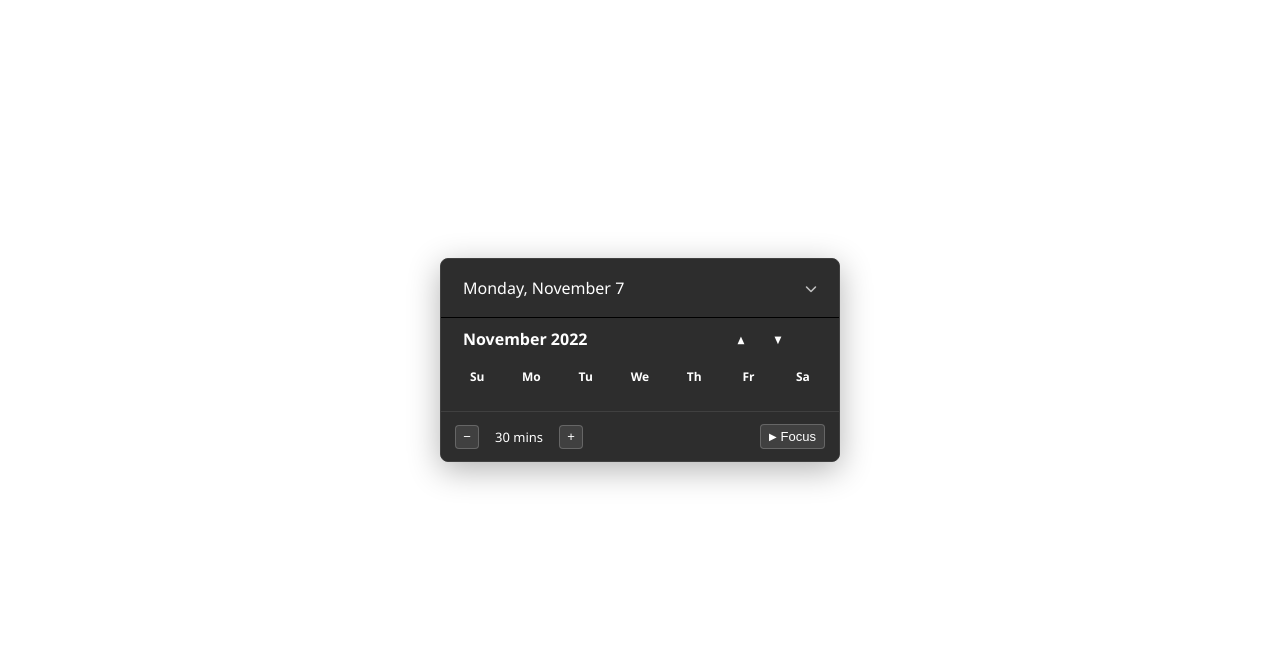
Repository: ThuTrang-jvb/JVB_BT2
Page: index.html
The author's editor kept a copy of each file at every save. The page is drawn from the files as they stood at one save, then again after a run of saves.
The browser window is 1280 px wide. The pictures show the whole page.

Above is the page before, as saved 2025-07-07 11:15:35.
Console error: TypeError: Cannot read properties of null (reading 'addEventListener')

### index.html
<!DOCTYPE html>
<html lang="en">
<head>
  <meta charset="UTF-8" />
  <meta name="viewport" content="width=device-width, initial-scale=1.0"/>
  <title>Calendar</title>
  <link rel="stylesheet" href="style.css" />
  <link rel="stylesheet" href="https://cdnjs.cloudflare.com/ajax/libs/font-awesome/6.4.0/css/all.min.css" />
</head>
<body>
  <div class="calendar">
    <div class="top-bar">
      <div class="date-display" id="dateToggle">
        <span id="dateText">Monday, November 7</span>
        <span class="dropdown-icon" id="dropdownIcon">
          <i class="fa-solid fa-chevron-down"></i>
        </span>
      </div>
    </div>

    <div class="navigation-bar">
      <div class="title-block" id="calendarTitle">
        <span id="calendarTitleText">November 2022</span>
        <div class="arrow-controls">
          <span>&#9650;</span>
          <span>&#9660;</span>
        </div>
      </div>
    </div>

    <div class="main-calendar">
      <div class="weekday-header" id="weekdayHeader">
        <div class="weekday">Su</div>
        <div class="weekday">Mo</div>
        <div class="weekday">Tu</div>
        <div class="weekday">We</div>
        <div class="weekday">Th</div>
        <div class="weekday">Fr</div>
        <div class="weekday">Sa</div>
      </div>
      <div class="grid-display month-view" id="gridContainer"></div>
    </div>

    <div class="bottom-panel">
      <div class="control-section">
        <div class="session-control">
          <button class="btn-time" id="minusTime">−</button>
          <span class="time-display" id="durationLabel">30 mins</span>
          <button class="btn-time" id="plusTime">+</button>
        </div>
        <button class="session-btn" id="startBtn">
          <span class="session-icon">▶</span>
          <span>Focus</span>
        </button>
      </div>
    </div>
  </div>
  <script src="main.js"></script>
</body>
</html>

### style.css

* {
    margin: 0;
    padding: 0;
    box-sizing: border-box;
}

body {
    font-family: "Segoe UI", Tahoma, Geneva, Verdana, sans-serif;
    background: #ffffff;
    color: #000000;
    min-height: 100vh;
    display: flex;
    align-items: center;
    justify-content: center;
}

.calendar {
    background: #2d2d2d;
    border-radius: 8px;
    width: 100%;
    max-width: 400px;
    box-shadow: 0 8px 32px rgba(0, 0, 0, 0.3);
    border: 1px solid #404040;
    overflow: hidden;
    display: flex;
    flex-direction: column;
}

.top-bar {
    background: #2d2d2d;
    padding: 18px 22px;
    border-bottom: 1px solid #000;
}

.date-display {
    display: flex;
    align-items: center;
    justify-content: space-between;
    font-size: 16px;
    font-weight: 400;
    color: #ffffff;
    cursor: pointer;
    transition: color 0.2s ease;
}

.date-display:hover {
    color: #60a5fa;
}

.dropdown-icon {
    opacity: 0.7;
    font-size: 12px;
}

.navigation-bar {
    display: flex;
    align-items: center;
    justify-content: space-between;
    font-weight: 500;
    padding: 10px 22px;
    background: #2d2d2d;
}

.title-block {
    display: flex;
    justify-content: space-between;
    align-items: center;
    gap: 150px;
    font-size: 16px;
    font-weight: 600;
    color: #ffffff;
    cursor: pointer;
    transition: color 0.2s ease;
}

.title-block:hover {
    color: #60a5fa;
}

.arrow-controls {
    display: flex;
    gap: 30px;
    font-size: 10px;
    margin-left: auto;
}

.weekday-header {
    display: grid;
    grid-template-columns: repeat(7, 1fr);
    gap: 2px;
    margin-bottom: 8px;
    padding: 0 10px;
}

.weekday {
    text-align: center;
    font-size: 12px;
    font-weight: 600;
    color: white;
    padding: 8px 4px;
}

.grid-display {
    display: grid;
    gap: 2px;
    padding: 0 10px 10px;
}

.month-view {
    grid-template-columns: repeat(7, 1fr);
}

.year-view {
    grid-template-columns: repeat(4, 1fr);
    gap: 8px;
}

.decade-view {
    grid-template-columns: repeat(4, 1fr);
    gap: 8px;
}

.grid-cell,
.year-cell,
.decade-cell {
    aspect-ratio: 1;
    display: flex;
    align-items: center;
    justify-content: center;
    cursor: pointer;
    border-radius: 4px;
    font-size: 14px;
    font-weight: 400;
    transition: all 0.2s ease;
    color: #ffffff;
    min-height: 32px;
}

.grid-cell:hover,
.year-cell:hover,
.decade-cell:hover {
    background: #404040;
    border-radius: 50%;
}

.grid-cell.dimmed,
.decade-cell.dimmed {
    color: #666666;
}

.grid-cell.today,
.year-cell.current,
.decade-cell.current {
    background: #0078d4;
    color: white;
    font-weight: 600;
    border-radius: 50%;
}

.grid-cell.selected,
.year-cell.selected,
.decade-cell.selected {
    background: none;
    border: 2px solid paleturquoise;
    color: white;
    font-weight: 600;
    border-radius: 50%;
}

.bottom-panel {
    padding: 12px 14px;
    border-top: 1px solid #404040;
    background: #2d2d2d;
}

.control-section {
    display: flex;
    justify-content: space-between;
    align-items: center;
}

.session-control {
    display: flex;
    align-items: center;
    gap: 6px;
}

.btn-time {
    background: #404040;
    color: white;
    cursor: pointer;
    font-size: 13px;
    width: 24px;
    height: 24px;
    display: flex;
    align-items: center;
    justify-content: center;
    border: 1px solid rgba(255, 255, 255, 0.2);
    transition: all 0.2s ease;
    border-radius: 4px;
}

.btn-time:hover {
    color: #60a5fa;
}

.time-display {
    font-size: 13px;
    color: white;
    min-width: 60px;
    padding: 0 10px;
    text-align: center;
}

.session-btn {
    background: #404040;
    border: 1px solid rgba(255, 255, 255, 0.2);
    padding: 4px 8px;
    color: white;
    font-size: 13px;
    cursor: pointer;
    display: flex;
    align-items: center;
    gap: 4px;
    transition: color 0.2s ease;
    border-radius: 4px;
}

.session-btn:hover {
    color: #60a5fa;
    background: #404040;
}

.session-icon {
    font-size: 10px;
}

.hidden {
    display: none;
}
.main-calendar {
    overflow: hidden;
    transition: max-height 0.4s ease;
}
.main-calendar.collapsed {
  max-height: 0;
}

@media (max-width: 480px) {
    .calendar {
        width: 90%;
        margin: 10px;
    }
}

### main.js
class Calendar {
    constructor() {
        this.currentDate = new Date();
        this.selectedDate = new Date();
        this.currentMonth = new Date();
        this.viewMode = 'month';
        this.timeMinutes = 30;
        this.focusInterval = null;
        this.remainingSeconds = 0;

        this.months = [
            'January', 'February', 'March', 'April', 'May', 'June',
            'July', 'August', 'September', 'October', 'November', 'December'
        ];

        this.monthsShort = [
            'Jan', 'Feb', 'Mar', 'Apr', 'May', 'Jun',
            'Jul', 'Aug', 'Sep', 'Oct', 'Nov', 'Dec'
        ];

        this.init();
    }

    init() {
        this.bindEvents();
        this.updateDisplay();
        this.startRealTimeUpdate();
    }

    bindEvents() {
        document.getElementById('dateText').addEventListener('click', () => this.handleHeaderClick())
        document.getElementById('dropdowncon').addEventListener('click', () => this.isCollapsed());
        document.getElementById('calendarTitle').addEventListener('click', () => this.handleNavTitleClick());
        const arrows = document.querySelectorAll('.arrow-controls span');
        if (arrows.length >= 2) {
            arrows[0].addEventListener('click', () => this.navigate(-1));
            arrows[1].addEventListener('click', () => this.navigate(1));
        }

        document.getElementById('minusTime').addEventListener('click', () => this.adjustTime(-5));
        document.getElementById('plusTime').addEventListener('click', () => this.adjustTime(15));
        document.getElementById('startBtn').addEventListener('click', () => this.toggleFocus());
    }

    adjustTime(minutes) {
        this.timeMinutes += minutes;
        if (this.timeMinutes < 5) this.timeMinutes = 5;
        if (this.timeMinutes > 480) this.timeMinutes = 480;
        this.updateTimeDisplay();
    }

    updateTimeDisplay() {
        const timeLabel = document.getElementById('durationLabel');
        if (this.timeMinutes >= 60) {
            const hours = Math.floor(this.timeMinutes / 60);
            const mins = this.timeMinutes % 60;
            if (mins === 0) {
                timeLabel.textContent = `${hours} hr${hours > 1 ? 's' : ''}`;
            } else {
                timeLabel.textContent = `${hours}h ${mins}m`;
            }
        } else {
            timeLabel.textContent = `${this.timeMinutes} mins`;
        }
    }

    toggleFocus() {
        const focusBtn = document.getElementById('startBtn');
        const icon = focusBtn.querySelector('.session-icon');
        const text = focusBtn.querySelector('span:last-child');

        if (text.textContent === 'Focus') {
            text.textContent = 'Stop';
            icon.textContent = '⏸';
            focusBtn.style.color = '#60a5fa';
            this.remainingSeconds = this.timeMinutes * 60;

            this.focusInterval = setInterval(() => {
                this.remainingSeconds--;
                this.updateCountdownDisplay();

                if (this.remainingSeconds <= 0) {
                    clearInterval(this.focusInterval);
                    this.focusInterval = null;
                    alert("Time's up!");
                    this.resetFocusButton();
                }
            }, 1000);

        } else {
            clearInterval(this.focusInterval);
            this.focusInterval = null;
            this.resetFocusButton();
            this.updateTimeDisplay();
        }
    }

    updateCountdownDisplay() {
        const timeLabel = document.getElementById('durationLabel');
        const minutes = Math.floor(this.remainingSeconds / 60);
        const seconds = this.remainingSeconds % 60;
        timeLabel.textContent = `${minutes}m ${seconds}s`;
    }

    resetFocusButton() {
        const focusBtn = document.getElementById('startBtn');
        const icon = focusBtn.querySelector('.session-icon');
        const text = focusBtn.querySelector('span:last-child');

        text.textContent = 'Focus';
        icon.textContent = '\u25B6';
        focusBtn.style.color = '#888888';
    }

    startRealTimeUpdate() {
        setInterval(() => {
            this.currentDate = new Date();
            this.updateHeaderDate();
        }, 1000);
    }

    handleHeaderClick() {
        if (this.viewMode !== 'month') {
            this.viewMode = 'month';
            this.updateDisplay();
        }
    }

    handleNavTitleClick() {
        switch (this.viewMode) {
            case 'month':
                this.viewMode = 'year';
                break;
            case 'year':
                this.viewMode = 'decade';
                break;
        }
        this.updateDisplay();
    }

    navigate(direction) {
        switch (this.viewMode) {
            case 'month':
                this.currentMonth.setMonth(this.currentMonth.getMonth() + direction);
                break;
            case 'year':
                this.currentMonth.setFullYear(this.currentMonth.getFullYear() + direction);
                break;
            case 'decade':
                this.currentMonth.setFullYear(this.currentMonth.getFullYear() + direction * 10);
                break;
        }
        this.updateDisplay();
    }

    updateDisplay() {
        this.updateHeaderDate();
        this.updateNavTitle();
        this.updateCalendarGrid();
        this.updateWeekdayHeader();
        this.updateTimeDisplay();
    }

    updateHeaderDate() {
        const options = { weekday: 'long', month: 'long', day: 'numeric' };
        const dateText = this.currentDate.toLocaleDateString('en-US', options);

        document.getElementById('dateText').textContent = dateText;
    }

    updateNavTitle() {
        let titleText = '';
        switch (this.viewMode) {
            case 'month':
                titleText = `${this.months[this.currentMonth.getMonth()]} ${this.currentMonth.getFullYear()}`;
                break;
            case 'year':
                titleText = this.currentMonth.getFullYear().toString();
                break;
            case 'decade':
                const startYear = Math.floor(this.currentMonth.getFullYear() / 10) * 10;
                titleText = `${startYear} - ${startYear + 9}`;
                break;
        }
        document.getElementById('calendarTitleText').textContent = titleText;
    }

    updateWeekdayHeader() {
        const header = document.getElementById('weekdayHeader');
        const grid = document.getElementById('gridContainer');

        if (this.viewMode === 'month') {
            header.classList.remove('hidden');
            grid.className = 'grid-display month-view';
        } else {
            header.classList.add('hidden');
            grid.className = `grid-display ${this.viewMode}-view`;
        }
    }

    updateCalendarGrid() {
        const grid = document.getElementById('gridContainer');
        grid.innerHTML = '';

        switch (this.viewMode) {
            case 'month':
                this.renderMonthView(grid);
                break;
            case 'year':
                this.renderYearView(grid);
                break;
            case 'decade':
                this.renderDecadeView(grid);
                break;
        }
    }

    renderMonthView(grid) {
        const daysInMonth = new Date(this.currentMonth.getFullYear(), this.currentMonth.getMonth() + 1, 0).getDate();
        const firstDay = new Date(this.currentMonth.getFullYear(), this.currentMonth.getMonth(), 1).getDay();
        const prevMonth = new Date(this.currentMonth.getFullYear(), this.currentMonth.getMonth(), 0);
        const prevMonthDays = prevMonth.getDate();

        for (let i = firstDay - 1; i >= 0; i--) {
            const day = document.createElement('div');
            day.className = 'grid-cell dimmed';
            day.textContent = prevMonthDays - i;
            grid.appendChild(day);
        }

        for (let day = 1; day <= daysInMonth; day++) {
            const date = new Date(this.currentMonth.getFullYear(), this.currentMonth.getMonth(), day);
            const dayElement = document.createElement('div');
            dayElement.className = 'grid-cell';
            dayElement.textContent = day;

            if (this.isSameDay(date, this.currentDate)) dayElement.classList.add('today');
            if (this.isSameDay(date, this.selectedDate)) dayElement.classList.add('selected');

            dayElement.addEventListener('click', () => {
                this.selectedDate = new Date(date);
                this.updateDisplay();
            });

            grid.appendChild(dayElement);
        }

        const totalCells = Math.ceil((firstDay + daysInMonth) / 7) * 7;
        const remainingCells = totalCells - (firstDay + daysInMonth);

        for (let day = 1; day <= remainingCells; day++) {
            const dayElement = document.createElement('div');
            dayElement.className = 'grid-cell dimmed';
            dayElement.textContent = day;
            grid.appendChild(dayElement);
        }
    }

    renderYearView(grid) {
        for (let month = 0; month < 12; month++) {
            const monthElement = document.createElement('div');
            monthElement.className = 'year-cell';
            monthElement.textContent = this.monthsShort[month];

            const date = new Date(this.currentMonth.getFullYear(), month, 1);

            if (month === this.currentDate.getMonth() && this.currentMonth.getFullYear() === this.currentDate.getFullYear()) {
                monthElement.classList.add('current');
            }
            if (month === this.currentMonth.getMonth()) {
                monthElement.classList.add('selected');
            }

            monthElement.addEventListener('click', () => {
                this.currentMonth.setMonth(month);
                this.viewMode = 'month';
                this.updateDisplay();
            });

            grid.appendChild(monthElement);
        }
    }

    renderDecadeView(grid) {
        const currentYear = this.currentMonth.getFullYear();
        const startYear = Math.floor(currentYear / 10) * 10 - 2;

        for (let i = 0; i < 16; i++) {
            const year = startYear + i;
            const yearElement = document.createElement('div');
            yearElement.className = 'decade-cell';
            yearElement.textContent = year;

            if (year === this.currentDate.getFullYear()) yearElement.classList.add('current');
            if (year === this.currentMonth.getFullYear()) yearElement.classList.add('selected');
            if (i < 2 || i > 13) yearElement.classList.add('dimmed');

            yearElement.addEventListener('click', () => {
                this.currentMonth.setFullYear(year);
                this.viewMode = 'year';
                this.updateDisplay();
            });

            grid.appendChild(yearElement);
        }
    }

    isSameDay(date1, date2) {
        return date1.getDate() === date2.getDate() &&
               date1.getMonth() === date2.getMonth() &&
               date1.getFullYear() === date2.getFullYear();
    }
    isCollapsed() {
        const calendar = document.querySelector('.calendar');
        const mainCalendar = document.querySelector('.main-calendar');
        const navigationBar = document.querySelector('.navigation-bar');
        const dropdownIcon = document.getElementById('dropdownIcon');

        calendar.classList.toggle('collapsed');

        if (calendar.classList.contains('collapsed')) {
            mainCalendar.style.display = 'none';
            navigationBar.style.display = 'none';

            // Đổi icon mũi tên thành hướng lên
            if (dropdownIcon.tagName === 'I') {
                dropdownIcon.classList.remove('fa-chevron-down');
                dropdownIcon.classList.add('fa-chevron-up');
            } else {
                dropdownIcon.textContent = '▲';
            }
        } else {
            mainCalendar.style.display = '';
            navigationBar.style.display = '';

            // Đổi icon mũi tên thành hướng xuống
            if (dropdownIcon.tagName === 'I') {
                dropdownIcon.classList.remove('fa-chevron-up');
                dropdownIcon.classList.add('fa-chevron-down');
            } else {
                dropdownIcon.textContent = '▼';
            }
        }
    }

}

document.addEventListener('DOMContentLoaded', () => {
    new Calendar();
});

After the next 3 saves:
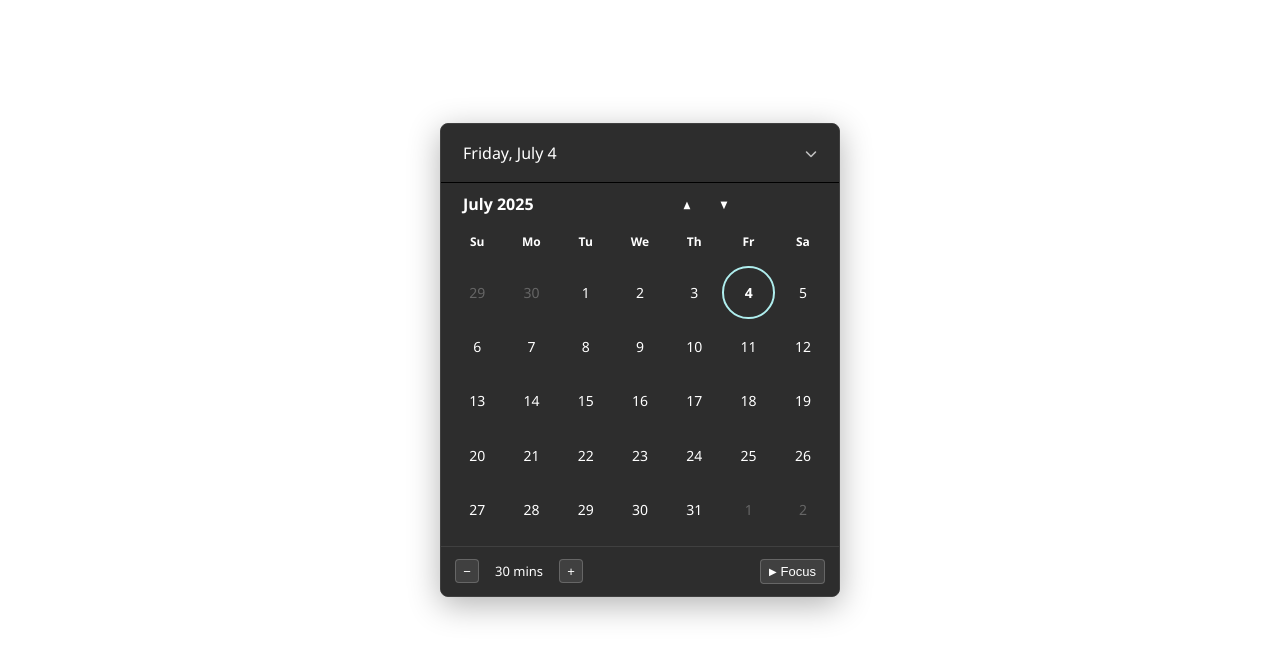
The error is gone.
The 3 saves are shown as one change because they came seconds apart.
The last was saved 11 s later.
--- a/main.js
+++ b/main.js
@@ -29,7 +29,7 @@ class Calendar {
 
     bindEvents() {
         document.getElementById('dateText').addEventListener('click', () => this.handleHeaderClick())
-        document.getElementById('dropdowncon').addEventListener('click', () => this.isCollapsed());
+        document.getElementById('dropdownIcon').addEventListener('click', () => this.isCollapsed());
         document.getElementById('calendarTitle').addEventListener('click', () => this.handleNavTitleClick());
         const arrows = document.querySelectorAll('.arrow-controls span');
         if (arrows.length >= 2) {
